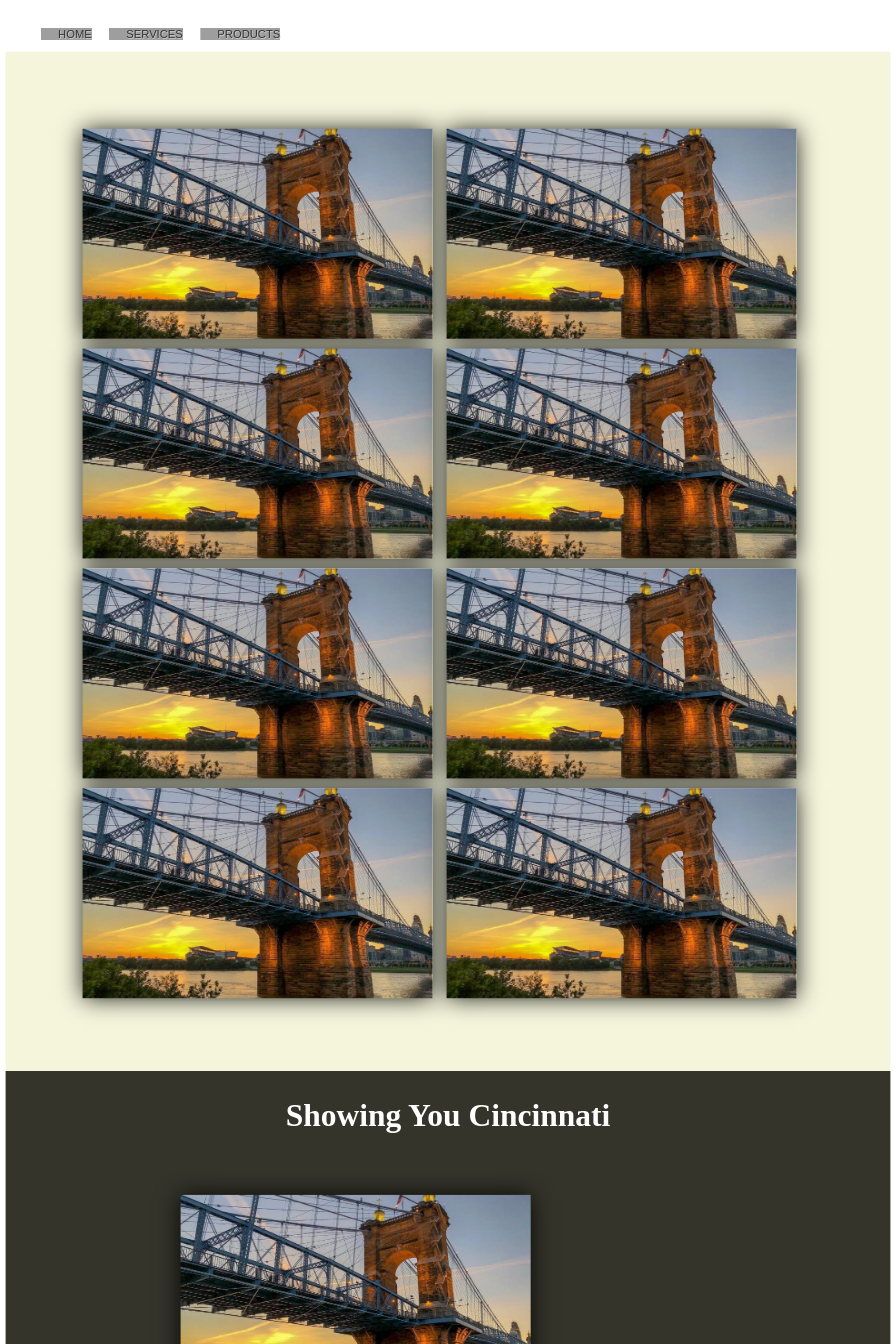
Repository: LtGriff/capstoneprogress
Page: index.html
These files come from the project's save history. The page is drawn as it stood at one moment and after the next save; the edit follows.
The browser window is 1280 px wide. The pictures show the part of the page from y = 0 to 1920 px (the page is 4090 px tall before and 4607 px after), at 70% of full size.
Pictures or frames that could not be fetched are drawn as grey boxes.

Above is the page before, as saved 2022-06-06 03:15:41.

After the next save:
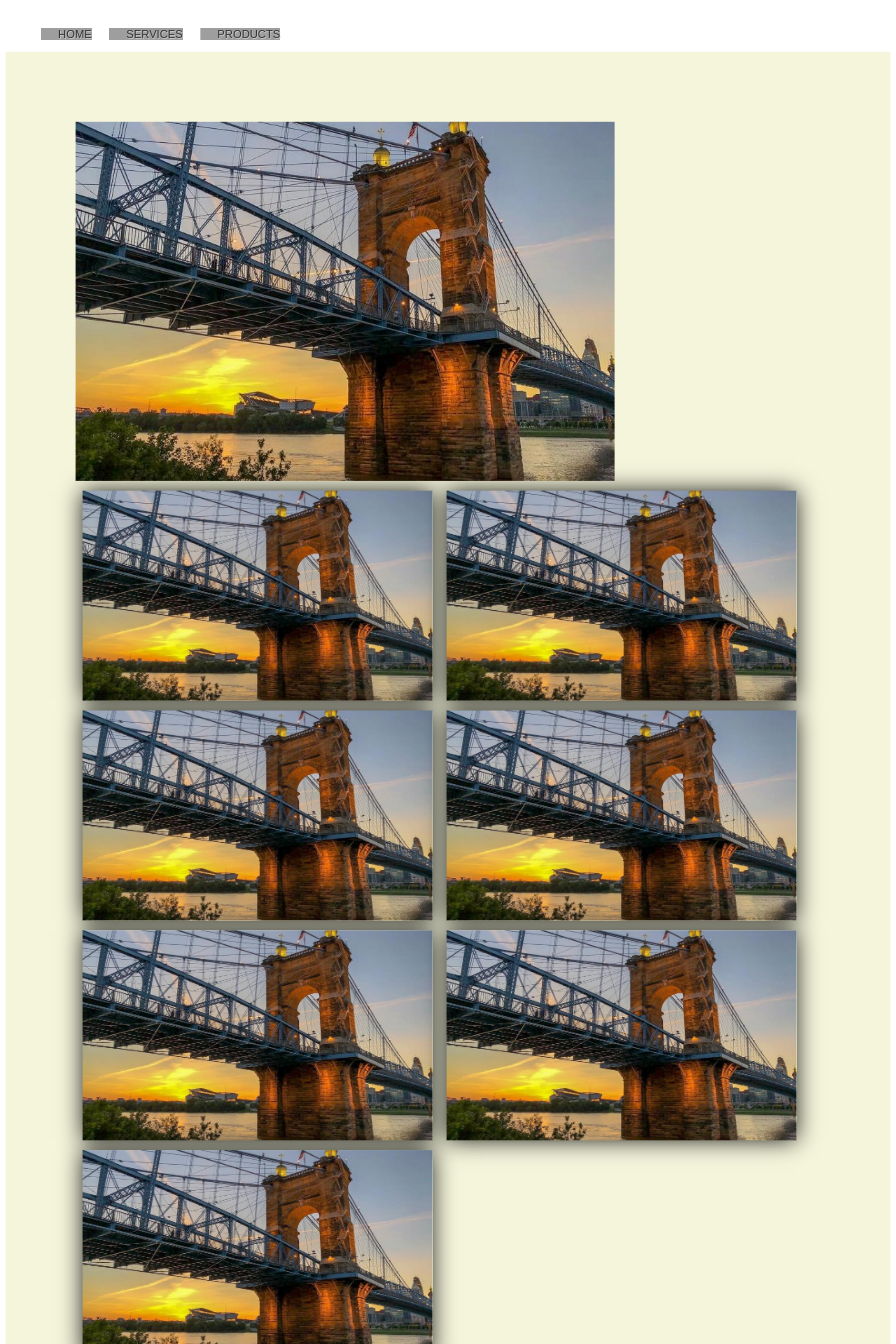
Saved 30 s later.
--- a/index.html
+++ b/index.html
@@ -21,7 +21,7 @@
 
 <section class="gallery scene--card">
 
-               <div class="card">
+               <div class="card__">
                     <img src="img/bridge.jpg" alt="bridge">
 
                </div>

After the save that followed:
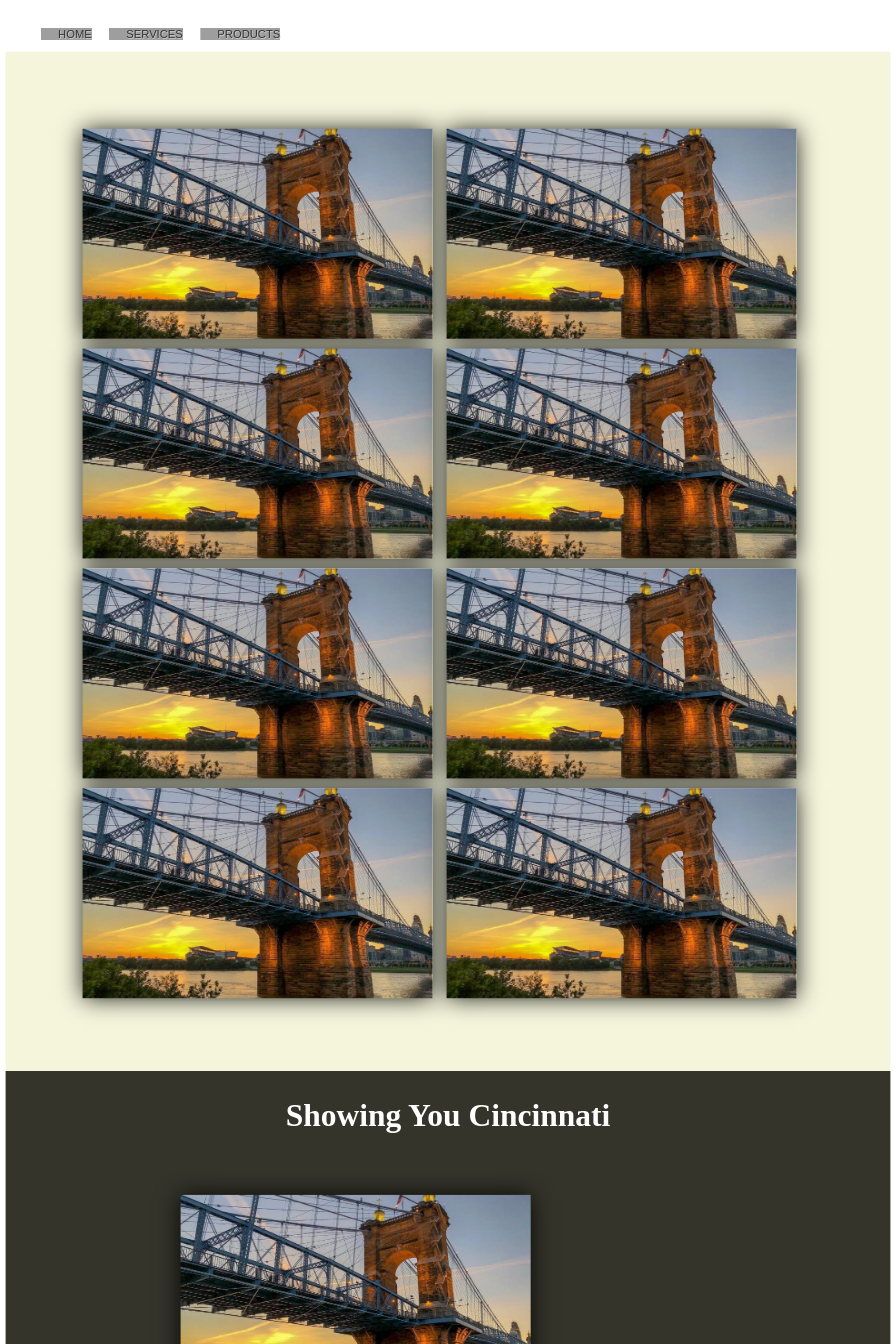
Saved 5 s later.
--- a/index.html
+++ b/index.html
@@ -21,7 +21,7 @@
 
 <section class="gallery scene--card">
 
-               <div class="card__">
+               <div class="card__face card">
                     <img src="img/bridge.jpg" alt="bridge">
 
                </div>
